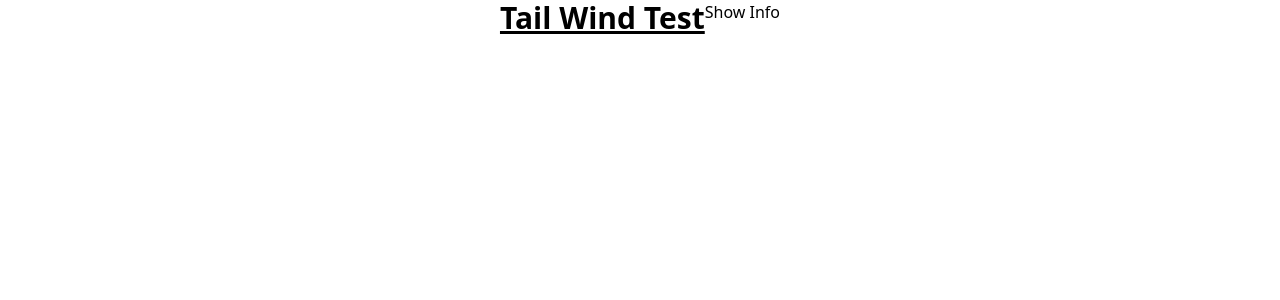
Repository: pawelpiwowarski/arweave-nft
Page: /
The author's editor kept a copy of each file at every save. The page is drawn from the files as they stood at one save, then again after the next save.
The browser window is 1280 px wide. The pictures show the whole page.
The project was rebuilt for these pictures with package versions that can differ from the ones it lists, and the page was loaded fresh each time. The framework's server and built-in components were replaced by stand-ins that run in the browser.

Above is the page before, as saved 2023-01-17 14:59:32.

After the next save:
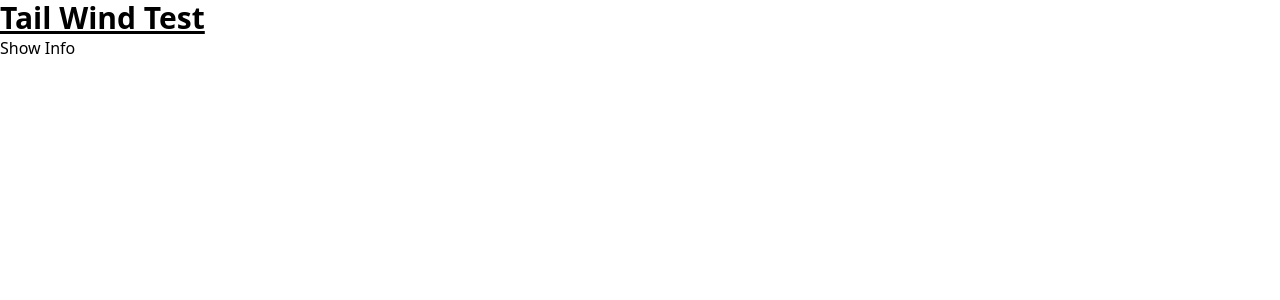
Saved 16 s later.
--- a/pages/index.tsx
+++ b/pages/index.tsx
@@ -29,7 +29,7 @@
   return (
 
       // center the button
-      <div style={{display: 'flex', justifyContent: 'center'}}>
+      <div>
 
       <h1 className="text-3xl font-bold underline" >Tail Wind Test</h1>
       <div>
